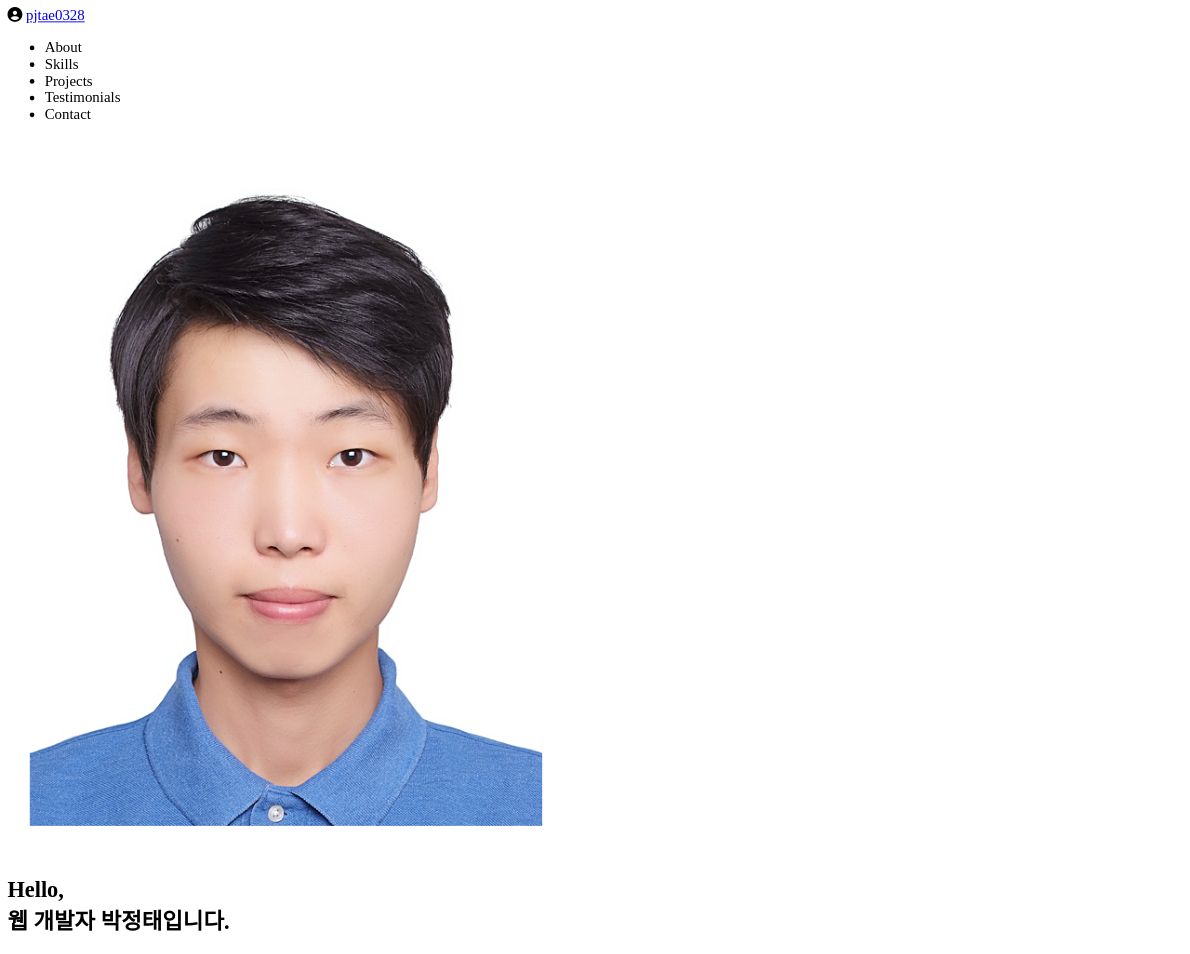
Repository: pjtae0328/Portfolio
Page: index.html
These files come from the project's save history. The page is drawn as it stood at one moment and after the next save; the edit follows.
The browser window is 1280 px wide. The pictures show the whole page, at 93% of full size.
Some web libraries are served in a nearby version.

Above is the page before, as saved 2021-08-24 12:32:30.

After the next save:
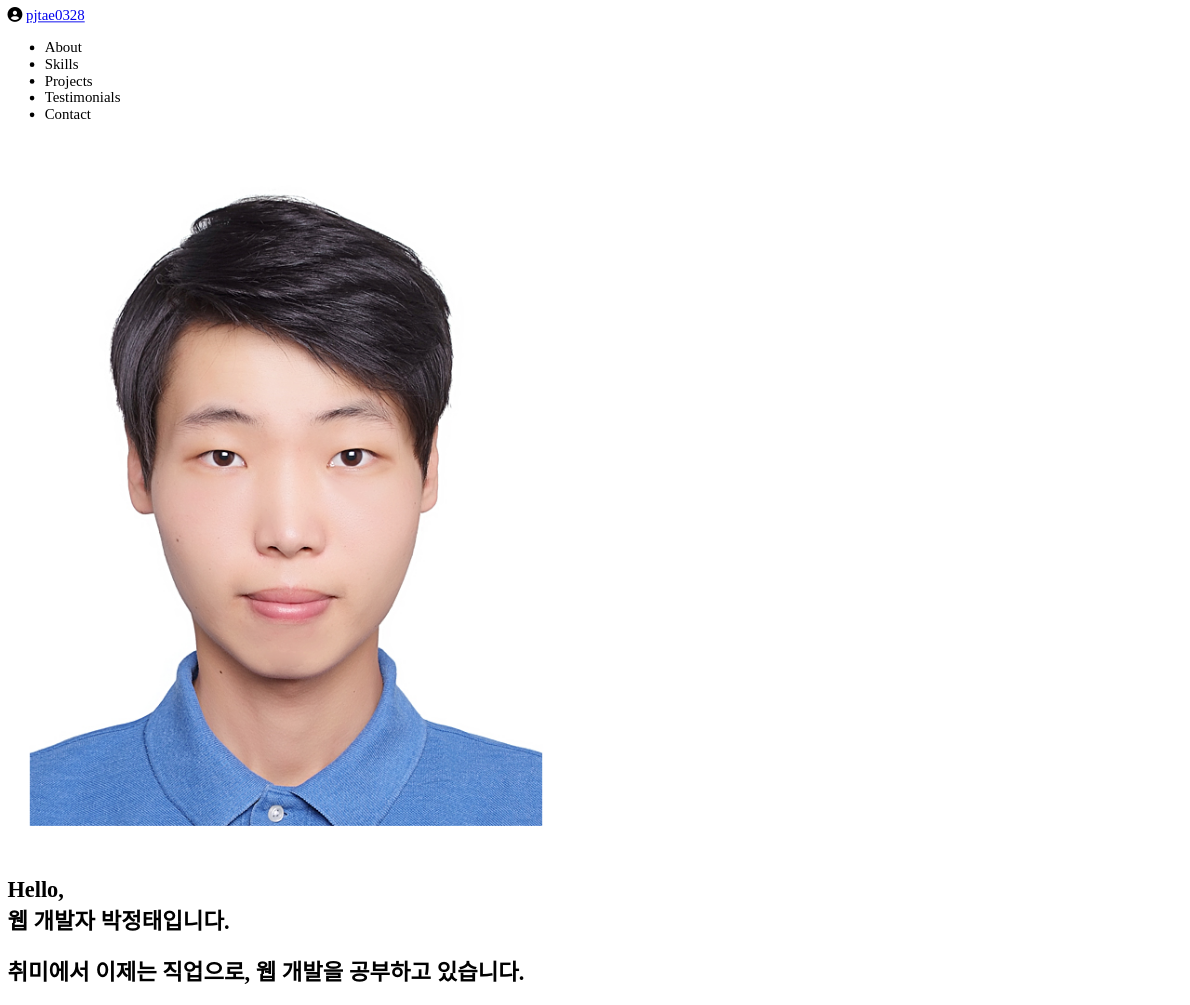
Saved 102 s later.
--- a/index.html
+++ b/index.html
@@ -47,6 +47,7 @@
     <section class="home">
         <img src="/imgs/profile.jpg" alt="profile photo" class="home__avatar">
         <h1 class="home__title">Hello, <br>웹 개발자 박정태입니다.</h1>
+        <h2 class="home__discription">취미에서 이제는 직업으로, 웹 개발을 공부하고 있습니다.</h2>
     </section>
 
     <!-- About -->
